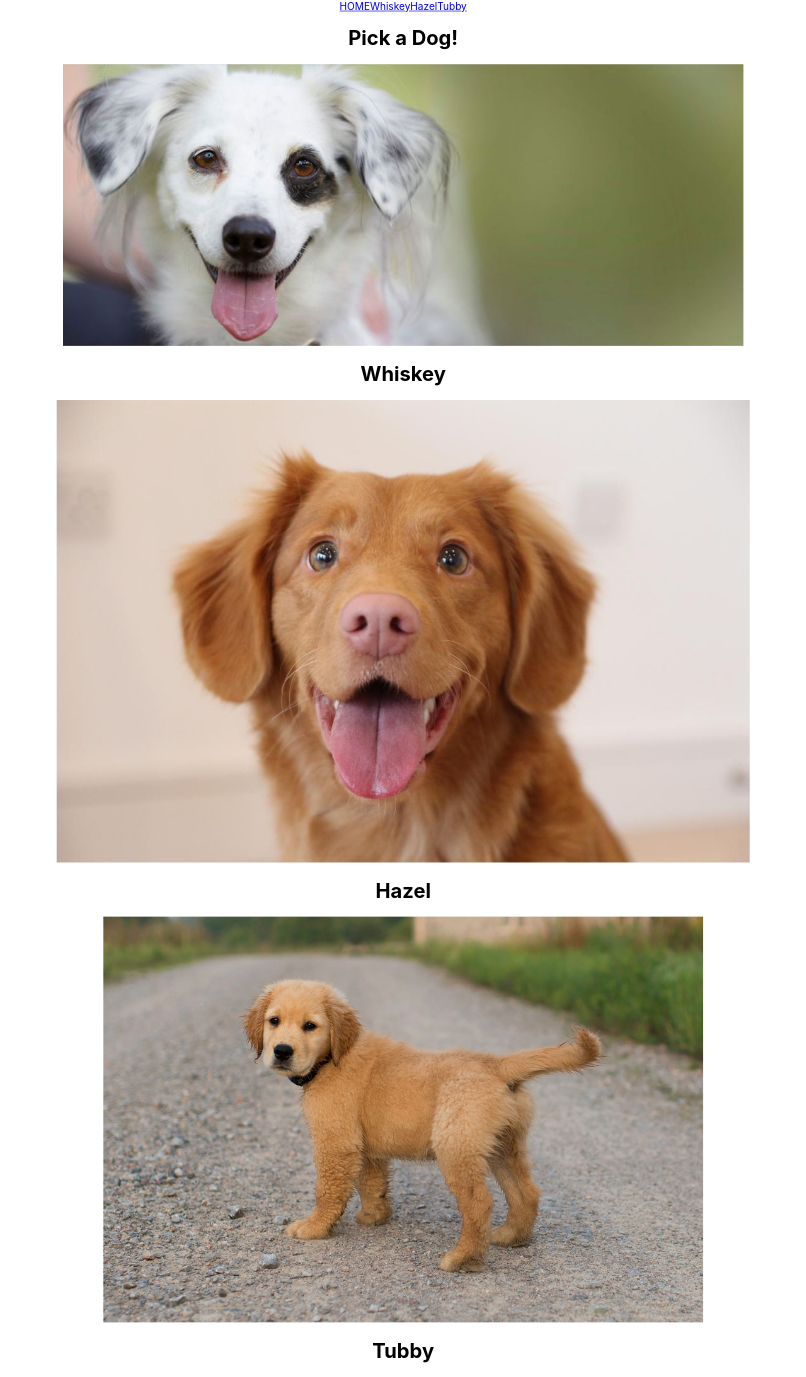
Repository: johnmutina/dog-finder
Page: /dogs
These files come from the project's save history. The page is drawn as it stood at one moment and after the next save; the edit follows.
The browser window is 1280 px wide. The pictures show the whole page, at 63% of full size.
The project was rebuilt for these pictures with package versions that can differ from the ones it lists, and the page was loaded fresh each time.

Above is the page before, as saved 2019-07-28 12:53:49.

After the next save:
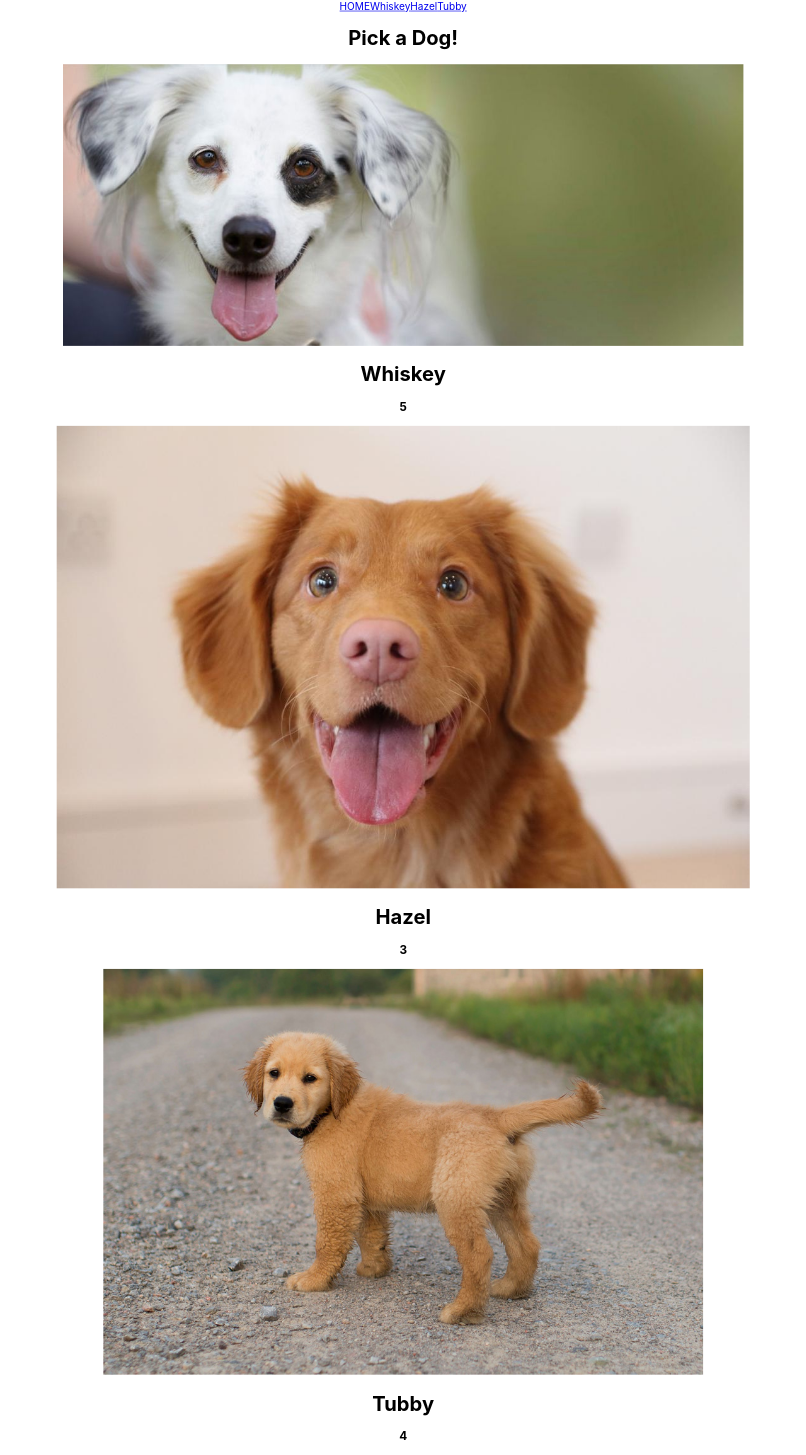
Saved 41 s later.
--- a/src/Dog.js
+++ b/src/Dog.js
@@ -6,6 +6,7 @@ class Dog extends Component {
       <div className="Dog">
         <img src={this.props.src} alt={`${this.props.name}`} />
         <h1>{this.props.name}</h1>
+        <h3>{this.props.age}</h3>
       </div>
     );
   }
